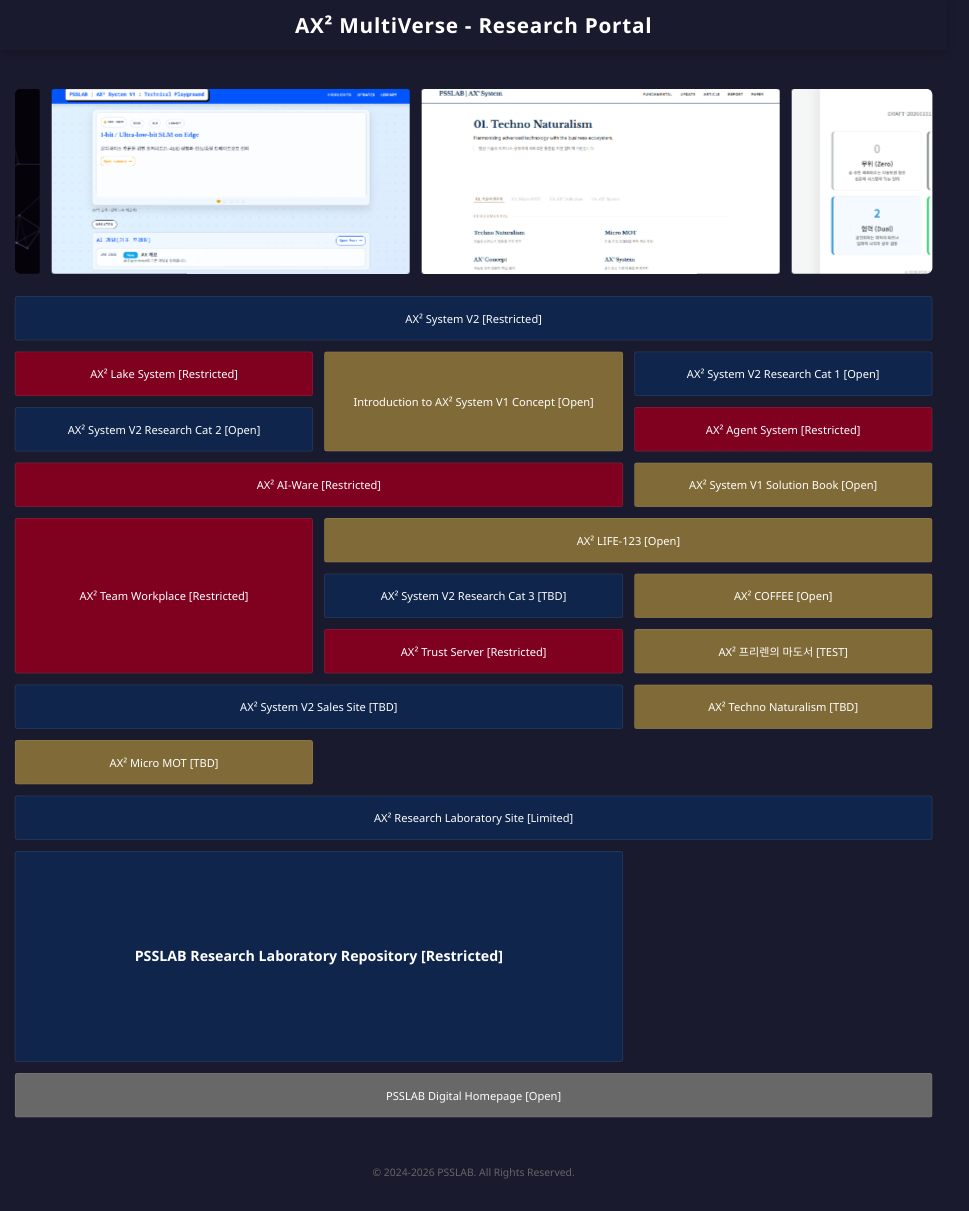
Repository: hycse89/PSSLAB_OpenSite
Page: psslab_multiverse_v3.html
These files come from the project's save history. The page is drawn as it stood at one moment and after the next save; the edit follows.
The browser window is 1280 px wide. The page is 1310 px wide, so the pictures cover 1310 px, including what lies to the right of the window. The pictures show the whole page, at 74% of full size.

Above is the page before, as saved 2026-01-11 21:33:19.

After the next save:
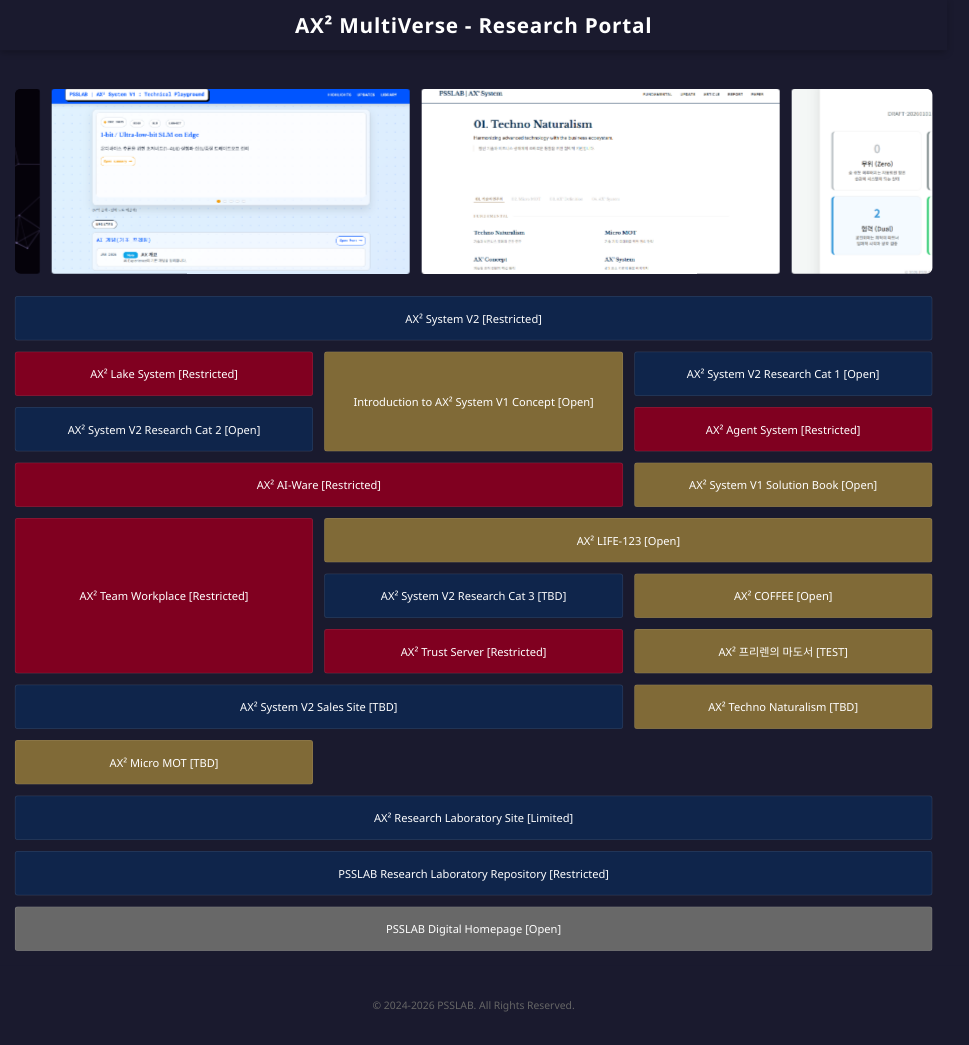
Saved 24 s later.
--- a/psslab_multiverse_v3.html
+++ b/psslab_multiverse_v3.html
@@ -221,7 +221,7 @@
 
             <a href="https://hycse89.github.io/PSSLAB_OpenSite/ax2_research_lab/" class="link-button color-1 w-3 h-1">AX² Research Laboratory Site [Limited]</a>
 
-            <a href="https://github.com/hycse89" class="link-button color-1 size-hero">PSSLAB Research Laboratory Repository [Restricted]</a>
+            <a href="https://github.com/hycse89" class="link-button color-1 w-3 h-1">PSSLAB Research Laboratory Repository [Restricted]</a>
 
             <a href="http://www.psslab.co.kr" class="link-button color-5 w-3 h-1">PSSLAB Digital Homepage [Open]</a>
         </div>
